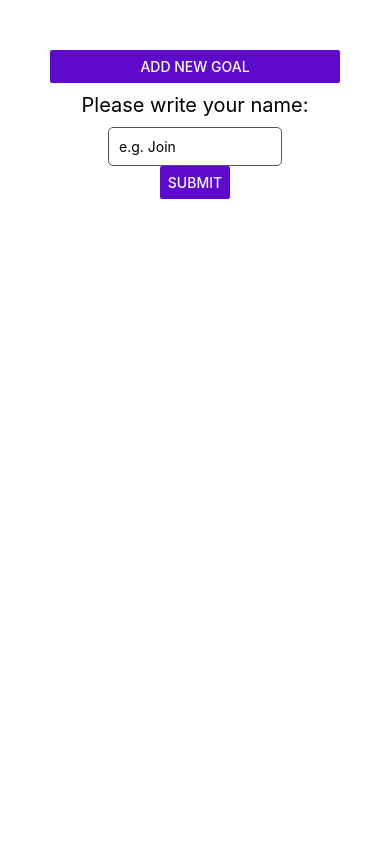
Repository: ntu34543/React-Native-Example1
Screen: /
The author's editor kept a copy of each file at every save. The screen is drawn from the files as they stood at one save, then again after the next save.
The app was drawn by React Native's web renderer in a window 390 px wide. The project was rebuilt for these pictures with package versions that can differ from the ones it lists, and the page was loaded fresh each time. Also part of the build but not shown: components/Goalltem.js.

Above is the screen before, as saved 2022-09-12 15:51:32.

### App.js
import { useState } from "react";
import {
  StyleSheet,
  View,
  FlatList,
  Button,
  Text,
  Linking,
  TextInput,
} from "react-native";
import { StatusBar } from "expo-status-bar";

import GoalItem from "./components/Goalltem";
import GoalInput from "./components/Goallnput";

export default function App() {
  const [modalIsVisible, setModalIsVisible] = useState(false);
  const [courseGoals, setCourseGoals] = useState([]);
  const [name, setName] = useState("");
  const [submitted, setSubmitted] = useState(false);
  // console.log(courseGoals);
  const onPressHandler = () => {
    setSubmitted(!submitted);
  };

  function startAddGoalHandler() {
    setModalIsVisible(true);
  }

  function endAddGoalHandler() {
    setModalIsVisible(false);
  }

  function addTextInput(enteredGoalText) {
    setCourseGoals((currentCourseGoals) => [
      ...currentCourseGoals,
      { text: enteredGoalText, id: Math.random().toString() },
    ]);
    endAddGoalHandler();
  }

  function deleteGoalHandler(id) {
    setCourseGoals((currentCourseGoals) => {
      return currentCourseGoals.filter((goal) => goal.id !== id);
    });
  }

  return (
    <>
      <StatusBar style="auto" />
      <View style={styles.container}>
        <Button
          title="Add new Goal"
          color="#5e0acc"
          onPress={startAddGoalHandler}
        />
        <View style={styles.body}>
          <Text style={styles.text}>Please write your name:</Text>
          <TextInput
            style={styles.input}
            placeholder="e.g. Join"
            onChangeText={(value) => setName(value)}
          />
          <Button
            title="Submit"
            color="#5e0acc"
            onPress={onPressHandler}
            // onPress={() => {
            //   Linking.openURL(
            //     "https://ca.slack-edge.com/T324R7VB6-U03RS7EKJHG-323b9d1b6216-512"
            //   );
            // }}
          />
          {submitted ? <Text>You are registered as {name}</Text> : null}
        </View>
        <GoalInput
          visible={modalIsVisible}
          onAddGoal={addTextInput}
          onCancer={endAddGoalHandler}
        />
        <View style={styles.goalsContainer}>
          <FlatList
            data={courseGoals}
            style={styles.goalsContainer}
            renderItem={(itemData) => {
              return (
                <GoalItem
                  text={itemData.item.text}
                  id={itemData.item.id}
                  onDeleteItem={deleteGoalHandler}
                />
              );
            }}
            keyExtractor={(item, index) => {
              return index.id;
            }}
            alwaysBounceVertical={false}
          />
        </View>
      </View>
    </>
  );
}

const styles = StyleSheet.create({
  container: {
    padding: 50,
  },
  body: {
    alignItems: 'center',
  },
  goalsContainer: {
    // flex: 4,
  },
  text: {
    textAlign: "center",
    margin: 10,
    fontSize: 20,
  },
  input: {
    borderWidth: 1,
    borderColor: "#555",
    borderRadius: 5,
    width: "60%",
    padding: 10,
  },
});

### components/Goallnput.js
import { useState } from "react";
import { StyleSheet, View, TextInput, Button, Modal, Image } from "react-native";
function GoalInput(props) {
  const [enteredGoalText, setEnteredGoalText] = useState("");

  function textInput(enteredText) {
    setEnteredGoalText(enteredText);
    // console.log(enteredText);
  }

  function addGoalHandler() {
    props.onAddGoal(enteredGoalText);
    setEnteredGoalText("");
  }

  return (
    <Modal visible={props.visible} animationType="slide">
      <View style={styles.inputContainer}>
          <Image style={styles.image} source={require('../assets/favicon.png')} />
        <TextInput
          style={styles.textInput}
          placeholder="Email............"
          onChangeText={textInput}
          value={enteredGoalText}
        />
        <View style={styles.buttonContainer}>
          <View style={styles.button}>
            <Button title="Click!" onPress={addGoalHandler} />
          </View>
          <View style={styles.button}>
            <Button title="Cancer!" onPress={props.onCancer}/>
          </View>
        </View>
      </View>
    </Modal>
  );
}

export default GoalInput;

const styles = StyleSheet.create({
  inputContainer: {
    flex: 1,
    justifyContent: "center",
    alignItems: "center",
    paddingBottom: 24,
    padding: 16,
    borderBottomWidth: 1,
    borderBottomColor: "gray",
    backgroundColor: 'pink'
  },
  image: {
      width: 100,
      height: 100,
      margin: 20,
  },
  textInput: {
    borderWidth: 1,
    borderColor: "#cccccc",
    width: "100%",
    padding: 8,
  },
  buttonContainer: {
      marginTop: 16,
    flexDirection: "row",
  },
  button: {
      width: '30%',
      marginHorizontal: 8,
  }
});

After the next save:
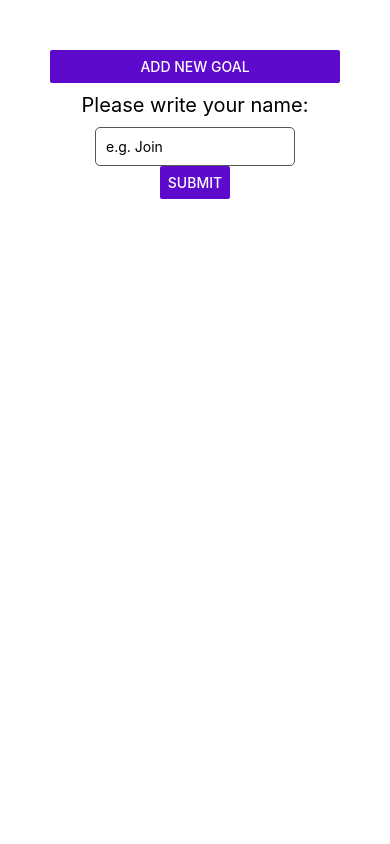
Saved 5 s later.
--- a/App.js
+++ b/App.js
@@ -121,7 +121,7 @@ const styles = StyleSheet.create({
     borderWidth: 1,
     borderColor: "#555",
     borderRadius: 5,
-    width: "60%",
+    width: 200,
     padding: 10,
   },
 });
